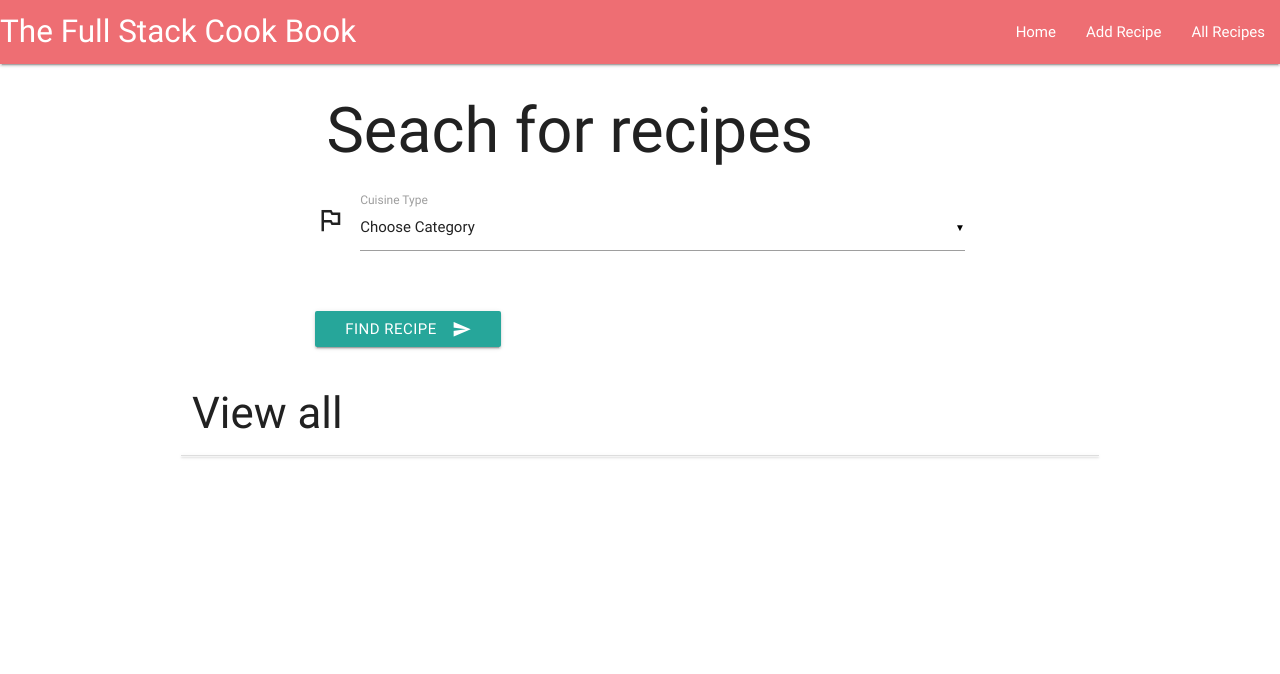
Repository: nakitamccool/francisillingworth-milestone-project-3
Page: http://localhost/get_recipes
The author's editor kept a record of every edit. The page is drawn from the files as they stood at one moment, then again after the next edit.
The browser window is 1280 px wide. The pictures show the whole page.
The page is served by the project's application, run on Flask 3 (app.py). Queries for data that is not in the repository find no rows.

Above is the page before.

After the next edit:
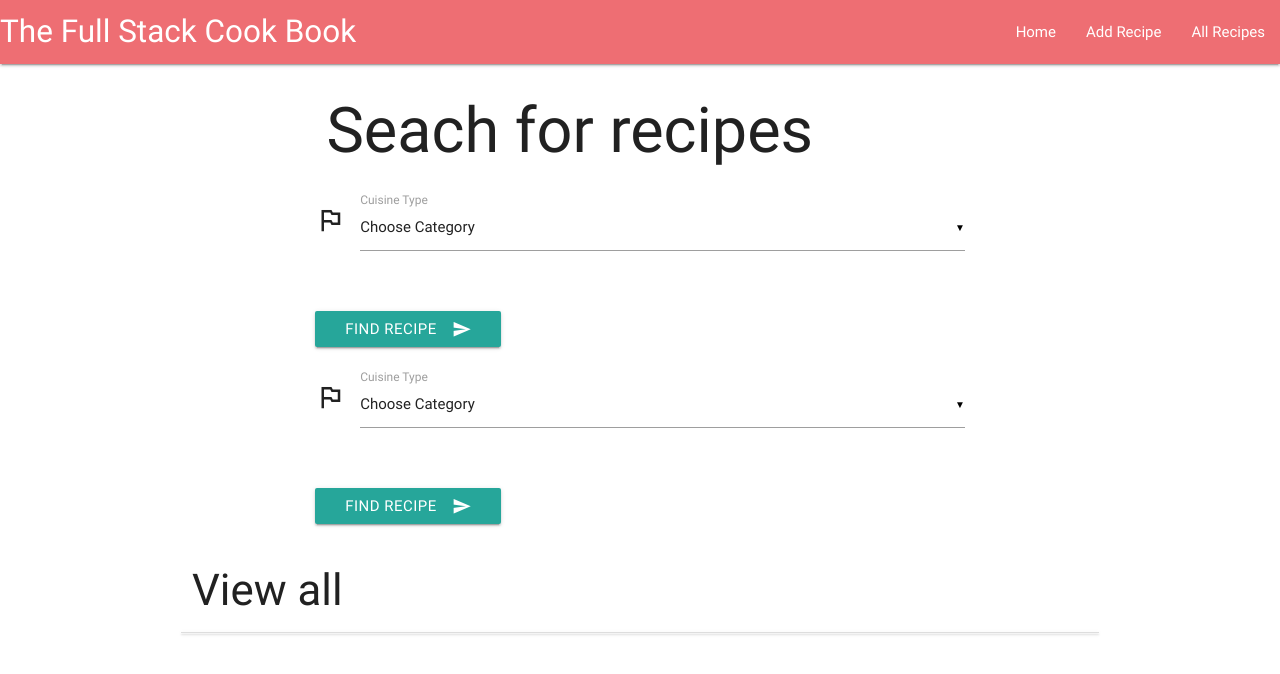
The edit:
--- a/templates/recipes.html
+++ b/templates/recipes.html
@@ -27,9 +27,31 @@
                 <i class="material-icons right">send</i>
             </button>
       </div>
+    </form>
+
+    <form action="" method="GET" class="col s12">
+      <div class="row">
 
 
+        <div class="row">
+          <div class="input-field col s12">
+                  <i class="material-icons prefix">outlined_flag</i>
+                    <select id="cuisine" name="cuisine_type">
+                  <option value="" disabled selected>Choose Category</option>
+                  {% for cat in cuisine %}
+                      <option value="{{cat.cuisine_type}}">{{cat.cuisine_type}}</option>
+                  {% endfor %}
+                </select>
+                    <label>Cuisine Type</label>
+                </div>
+            </div>
+        </div>
 
+      <div class="row">
+        <button class="btn waves-effect waves-light" type="submit" name="action">Find Recipe
+                <i class="material-icons right">send</i>
+            </button>
+      </div>
     </form>
   </div>
 
